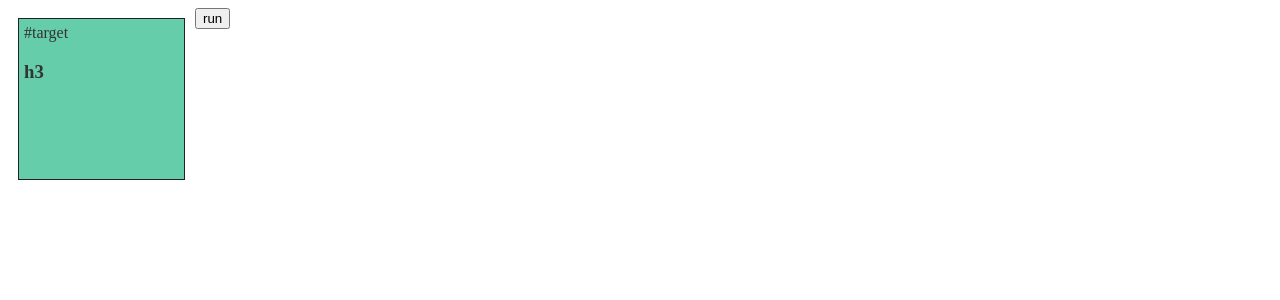
Repository: silenttemplar/java_start_project
Page: hansung_ee_2014/hansung_jquery_exercise/WebContent/16. Change Tag.html
These files come from the project's save history. The page is drawn as it stood at one moment and after the next save; the edit follows.
The browser window is 1280 px wide. The pictures show the whole page.
After loading, the first visible `input` was clicked once.

Above is the page before, as saved 2014-08-28 00:12:26.

After the next save:
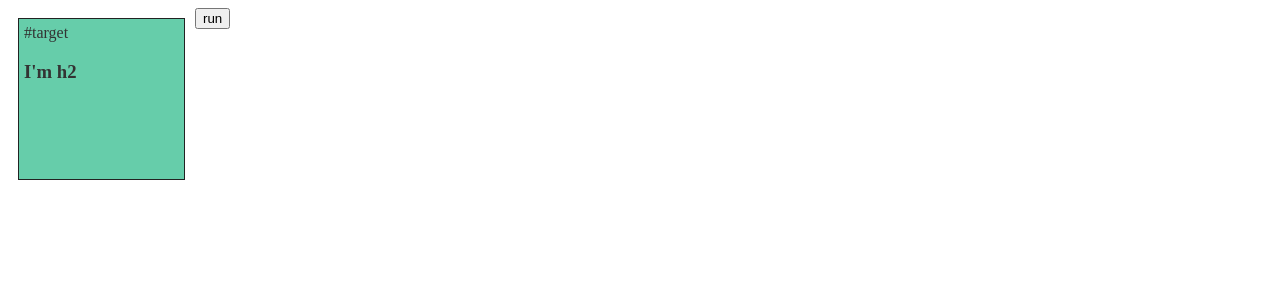
Saved 23 s later.
--- a/hansung_ee_2014/hansung_jquery_exercise/WebContent/16. Change Tag.html
+++ b/hansung_ee_2014/hansung_jquery_exercise/WebContent/16. Change Tag.html
@@ -11,7 +11,7 @@
 	function run() {
 		var str = $("#target > h2").text();
 		console.log(str);
-		$("#target > h2").replaceWith("<h3>h3</h3>");
+		$("#target > h2").replaceWith("<h3>"+str+"</h3>");
 
 	}
 </script>
